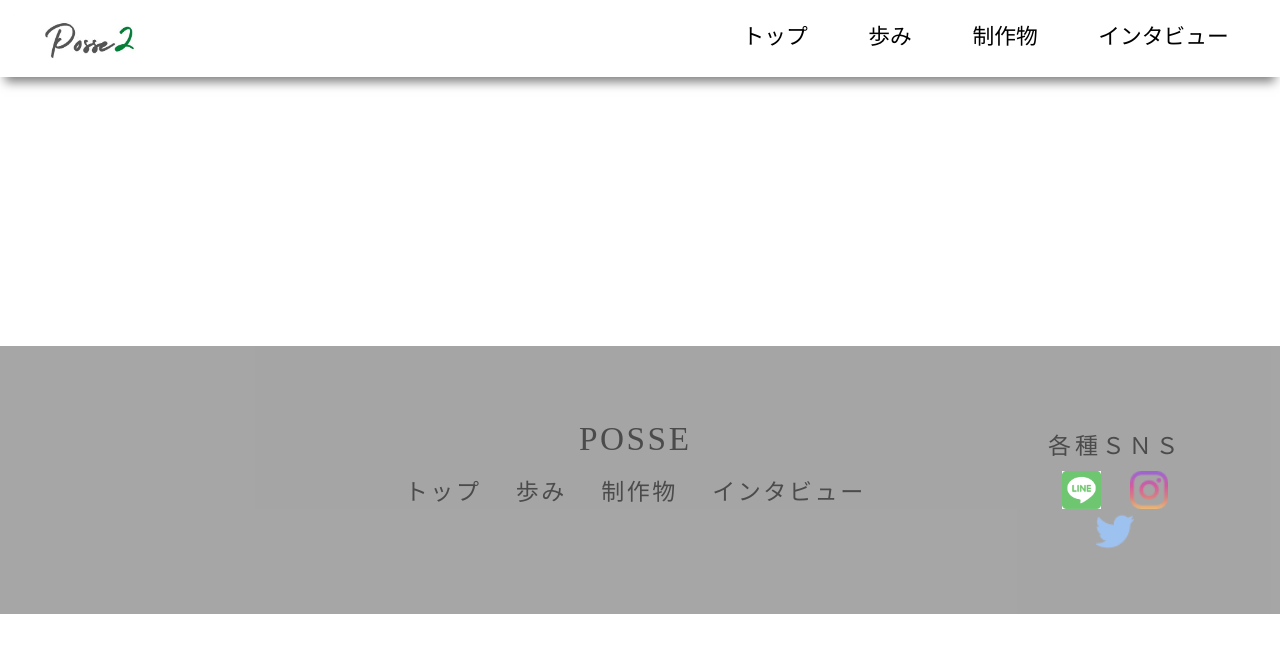
Repository: posse-ap/posse2-hackathon-202202-team2A
Page: topPage/index.html
The author's editor kept a copy of each file at every save. The page is drawn from the files as they stood at one save, then again after the next save.
The browser window is 1280 px wide. The pictures show the whole page.

Above is the page before, as saved 2022-02-15 02:53:12.

After the next save:
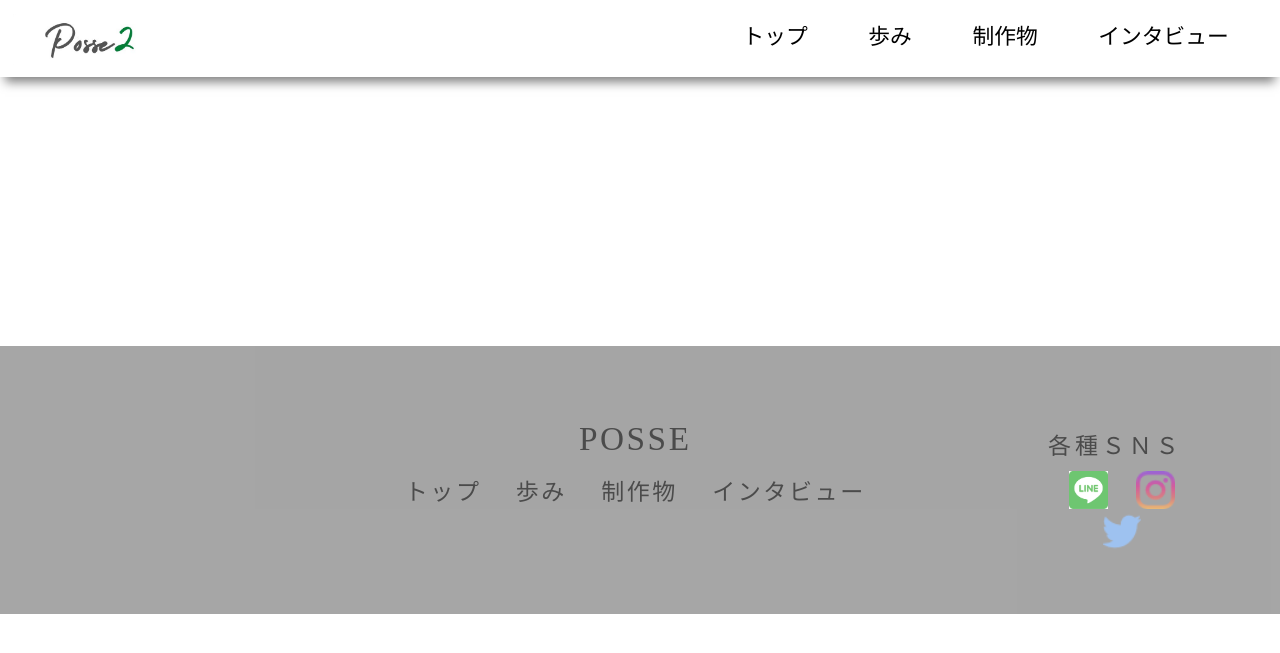
Saved 16 s later.
--- a/topPage/style.css
+++ b/topPage/style.css
@@ -67,7 +67,7 @@ body {
 }
 
 .SNS_box{
-    width: 100%;
+    width: 110%;
 }
 
 
